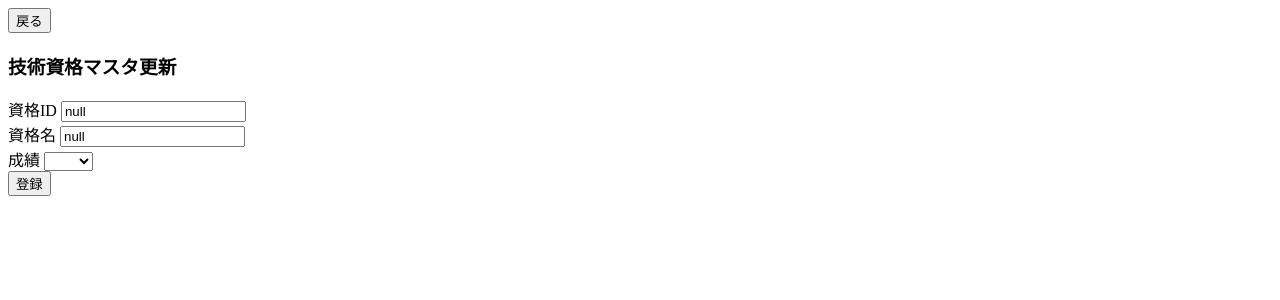
Repository: nguyenvantandev/WebApp
Page: http://localhost/EmployeeInfoSystem/SkillListUpdate.jsp
These files come from the project's save history. The page is drawn as it stood at one moment and after the next save; the edit follows.
The browser window is 1280 px wide. The pictures show the whole page.
The page is served by Tomcat 9. Other server files are loaded and not shown.

Above is the page before, as saved 2016-06-07 02:24:35.

### EmployeeInfoSystem/WebContent/SkillListUpdate.jsp
<%@ page language="java" contentType="text/html; charset=UTF-8"
    pageEncoding="UTF-8"%>
<!DOCTYPE html PUBLIC "-//W3C//DTD HTML 4.01 Transitional//EN" "http://www.w3.org/TR/html4/loose.dtd">
<html>
<head>
<meta http-equiv="Content-Type" content="text/html; charset=UTF-8">

<title>技術資格マスタ更新画面</title>
</head>
<body>
<form action="GijutsuShikakuMasterUpdate" method="post" id="SkillListUpdate" name="SkillListUpdate">
<input type="button" id="modoru" name="modoru" value="戻る">
<h3><b>技術資格マスタ更新</b></h3>
<label id="label_shikakuID">資格ID</label>
<input type="text" id="shikakuId" name="shikakuId" value="<%=request.getAttribute("shikakuId")%>"><br>
<label id="label_shikakumei">資格名</label>
<input type="text" id="shikakumei" name="shikakumei" value="<%=request.getAttribute("shikakumei")%>"><br>
<label id="label_seiseki">成績</label>
<select id="seiseki" name="seiseki">
<option></option>
<option>無し</option>
<option>あり</option>
</select><br>
<input type="button" id="AddUpdate" name="AddUpdate" value="登録">
</form>
</body>
</html>

### EmployeeInfoSystem/WebContent/css/EmployeeSearch.css
@CHARSET "UTF-8";
body {
	margin-left: 10%;
    margin-right: 5%;
}
fieldset {
	    margin-top: 26px;
        height: 50px;
    width: 1200px;
}
#shain_title{
	margin-right: 5px;
}
#namae_title, #sebetsu_title, #sakujosumi{
	    margin-left: 25px;
    margin-right: 5px;
}
#sebetsu{
    width: 67px;
    height: 22px;
}
#kuria{
    margin-left: 25px;
    width: 86px;
    height: 31px;
}
#shikitsuika{
	 width: 86px;
    height: 31px;
    margin-top: 10px;
    margin-right: 10px;
    margin-bottom: 10px;
    right: 19%;
	position: absolute;
}

#kensaku, #modoru{
	width: 86px;
    height: 31px;
    margin-top: 10px;
    margin-right: 10px;
    margin-bottom: 10px;
    right: 13%;
	position: absolute;
}
#num{
    margin-top: 53px;
    margin-bottom: 10px;
}

table {
	border-collapse: collapse;
    border-top-width: 0px;
    border-right-width: 0px;
    border-bottom-width: 0px;
    border-left-width: 0px;
}

th {

	table-layout:fixed;
	height: 30px;
	background-color: #A9E2F3;
}

td {

	table-layout:fixed;
	height: 30px;
	background-color: white;
    border-bottom-style: dashed;
}

 tbody, thead {

	display: block;
}
tbody {
  overflow:auto;
  height:476px;
  width: 1209px;

}

### EmployeeInfoSystem/WebContent/js/EmployeeSearch.js
function employeeSearch_load() {
	var id = document.getElementById("id").value;
	var name = document.getElementById("name").value;
	var sex = document.getElementById("sex").value;
	var del = document.getElementById("del").value;
	var count = document.getElementById("kennsu").value;
	var serverErrorMs = document.getElementById("serverErrorMs").value;
	var searchAgain = document.getElementById("sakujoButton").value;
	var sakujoMes = document.getElementById("sakujoMes").value;

	if (id != "null") {
		document.getElementById("shain_ID").value = id;
	}
	if (name != "null") {
		document.getElementById("namae").value = name;
	}
	if (sex != "null") {
		$('#sebetsu').val(sex);
	}

	if (del == "1") {
		document.getElementById("sakujosumi").checked = true;
	}
	if (serverErrorMs != "null") {
		alert(serverErrorMs);
		return false;
	}
	if (sakujoMes != "null") {
		alert(sakujoMes);
	}

	if (searchAgain != "null") {
		document.getElementById("click_action").value = "検索";
		document.getElementById("EmployeeSearch").submit();
	}
	if (count == "0") {
		alert("検索条件に一致する社員が見つかりません。");
	}
	var tbl = document.getElementById("table").rows.length;
	for (var i = 1; i < tbl; i++) {
		var n = document.getElementById("table").rows[i].cells[7].innerHTML;
		if (n == "○") {
			document.getElementById("ShainMaster" + i).disabled = true;
			document.getElementById("Sakujo" + i).disabled = true;
			document.getElementById("GijutsushikakuMaster" + i).disabled = true;
			document.getElementById("GijitsushaKerekisho" + i).disabled = true;

		}
	}

}

function kuria_click() {
	document.getElementById("shain_ID").value = "";
	document.getElementById("namae").value = "";
	document.getElementById("sebetsu").value = "";
	document.getElementById("sakujosumi").checked = false;
}
function shinkitsuika_click() {
	document.getElementById("click_action").value = "新規追加";
	document.getElementById("EmployeeSearch").submit();
}
function kensaku_click() {
	var shainID = document.getElementById("shain_ID").value;
	if (shainID != "") {
		var regex = /^[A-Za-z0-9]+$/;
		if (!shainID.match(regex)) {
			alert("社員IDは半角英数字で入力してください。");
			return false;
		}
		var regex2 = /^[0-9]+$/;
		if (!shainID.match(regex2)) {
			alert("検索条件に一致する社員が見つかりません。");
			return false;
		}
	}
	document.getElementById("click_action").value = "検索";
	document.getElementById("EmployeeSearch").submit();

}

function shainmaster_click(Val) {
	var report = Val.parentNode.parentNode.cells[1].innerHTML;
	document.getElementById("shainmasterButton").value = report;
	document.getElementById("EmployeeSearch").submit();
}

function sakujo_click(Val) {
	var confim = confirm("社員を削除してよろしいですか？");
	if (confim == true) {
		var report = Val.parentNode.parentNode.cells[1].innerHTML;
		document.getElementById("sakujoButton").value = report;
		document.getElementById("EmployeeSearch").submit();
	} else {
		return false;
	}
}

function GijutsushikakuMaster_click(Val) {
	var report = Val.parentNode.parentNode.cells[1].innerHTML;
	document.getElementById("GijutsushikakuMasterButton").value = report;
	document.getElementById("EmployeeSearch").submit();
}

function GijitsushaKerekisho_click(Val) {
	var report = Val.parentNode.parentNode.cells[1].innerHTML;
	document.getElementById("GijitsushaKerekishoButton").value = report;
	document.getElementById("EmployeeSearch").submit();
}

After the next save:
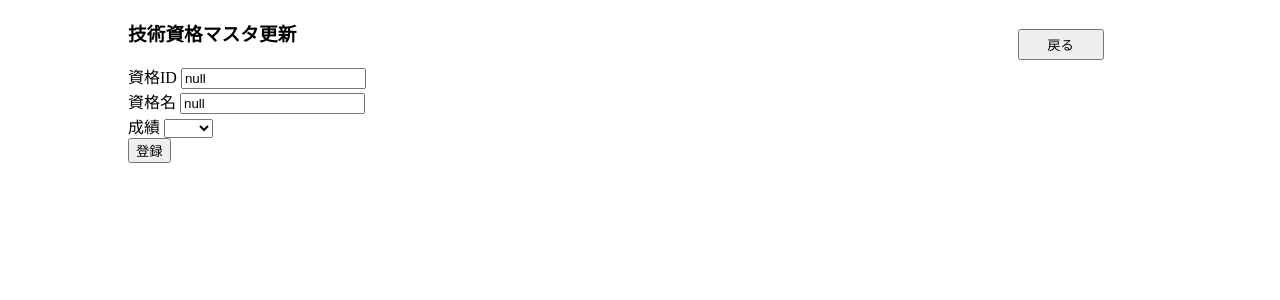
Saved 48 s later.
--- a/EmployeeInfoSystem/WebContent/SkillListUpdate.jsp
+++ b/EmployeeInfoSystem/WebContent/SkillListUpdate.jsp
@@ -4,6 +4,8 @@
 <html>
 <head>
 <meta http-equiv="Content-Type" content="text/html; charset=UTF-8">
+<link rel="stylesheet" type="text/css" href="css/EmployeeSearch.css">
+<script type="text/javascript" src="js/EmployeeSearch.js"></script>
 
 <title>技術資格マスタ更新画面</title>
 </head>
